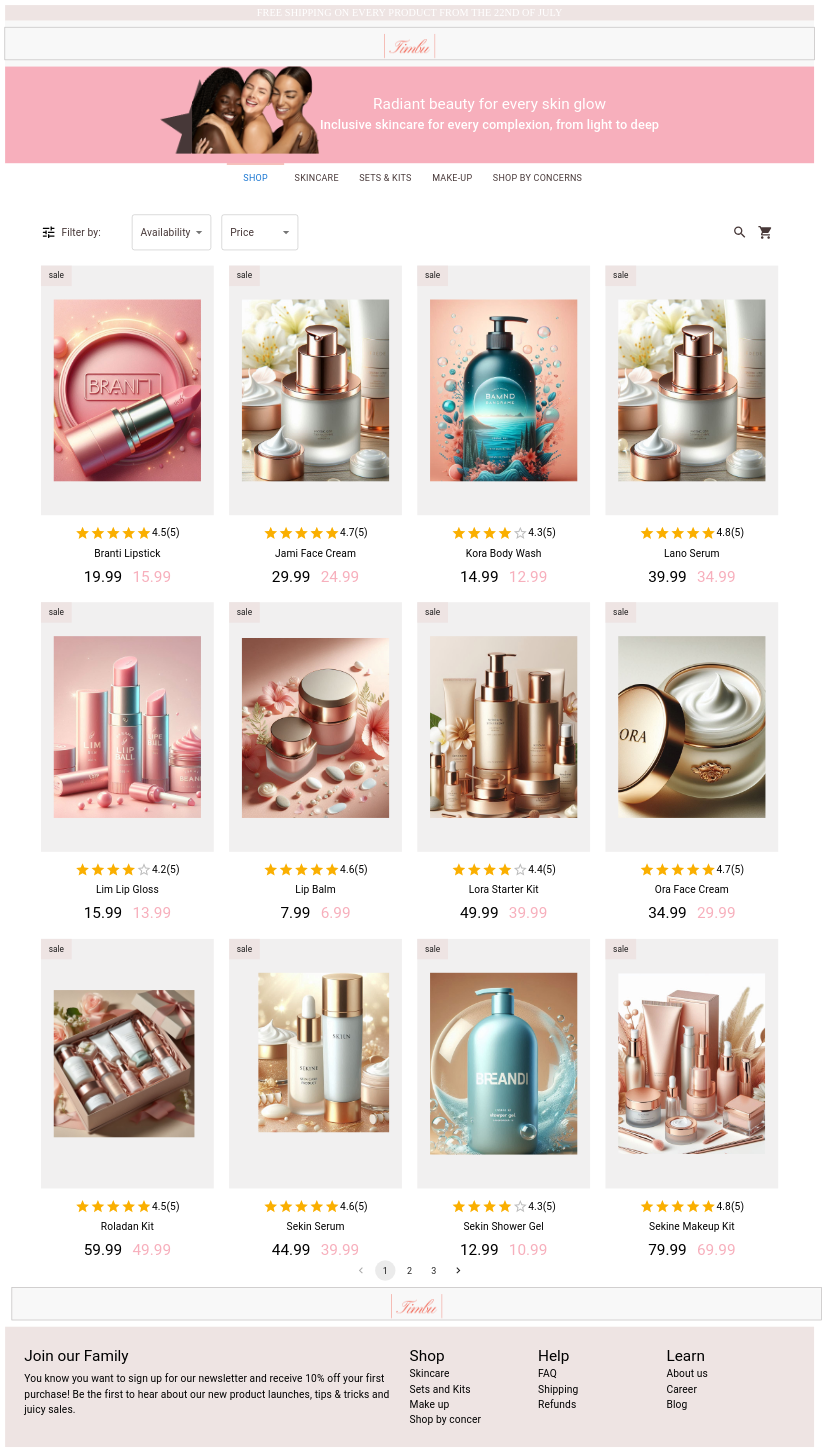
Repository: Armstrong2035/hng-project-two
Page: / (app in timbu-store/)
These files come from the project's save history. The page is drawn as it stood at one moment and after a run of saves; the edit follows.
The browser window is 1280 px wide. The page is 1284 px wide, so the pictures cover 1284 px, including what lies to the right of the window. The pictures show the whole page, at 64% of full size.
The project was rebuilt for these pictures with package versions that can differ from the ones it lists, and the page was loaded fresh each time. The framework's server and built-in components were replaced by stand-ins that run in the browser. Also part of the build but not shown: timbu-store/next.config.mjs, timbu-store/src/app/fonts.css.

Above is the page before, as saved 2024-07-10 01:10:03.

After the next 2 saves:
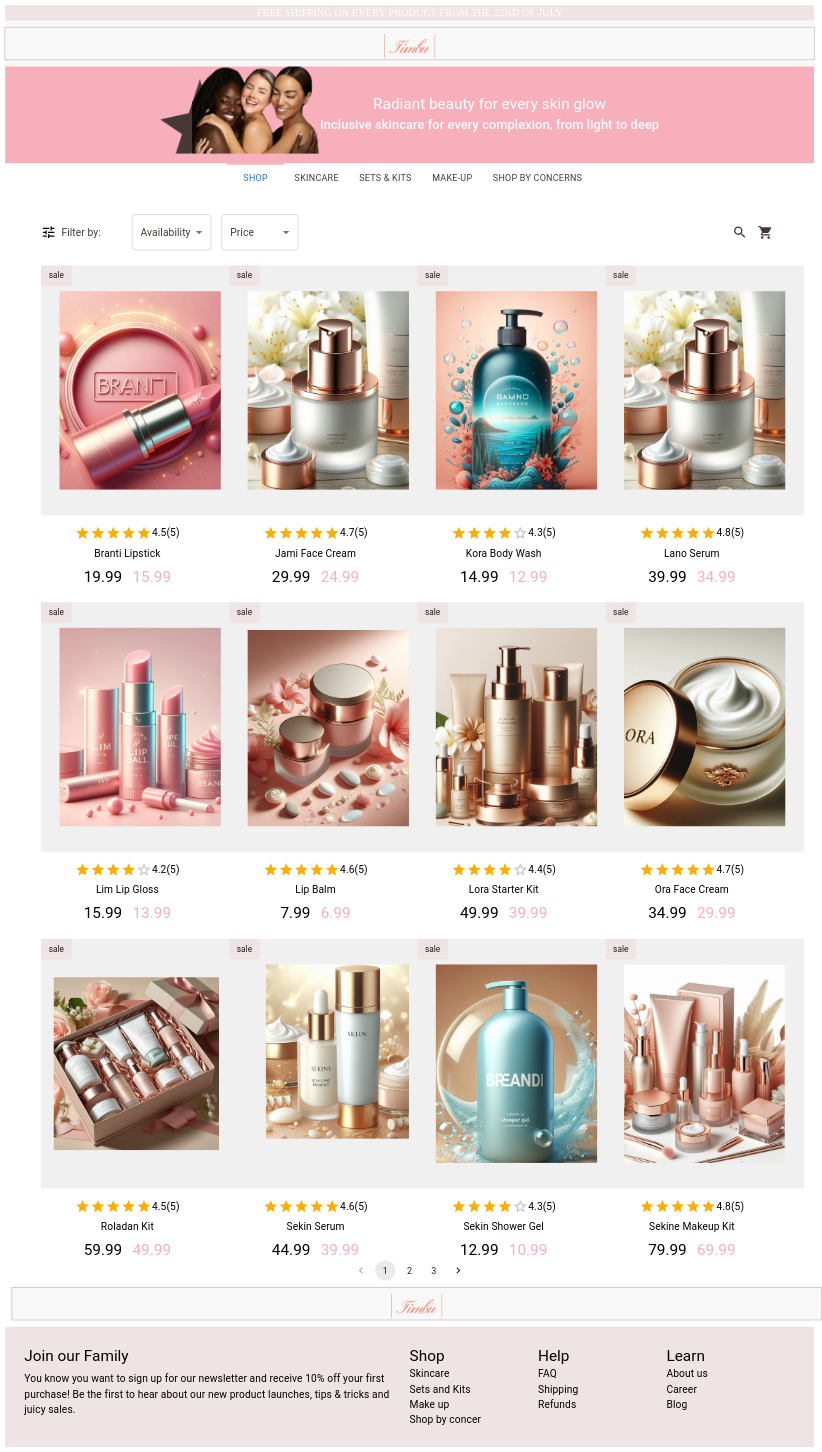
The 2 saves are shown as one change because they came seconds apart.
The last was saved 28 s later.
--- a/timbu-store/components/Products/ProductList.js
+++ b/timbu-store/components/Products/ProductList.js
@@ -72,6 +72,7 @@
                           },
 
                           height: "18.125rem",
+                          width: "100%",
                           padding: "50px 20px",
                         }}
                         elevation={"none"}

After the save that followed:
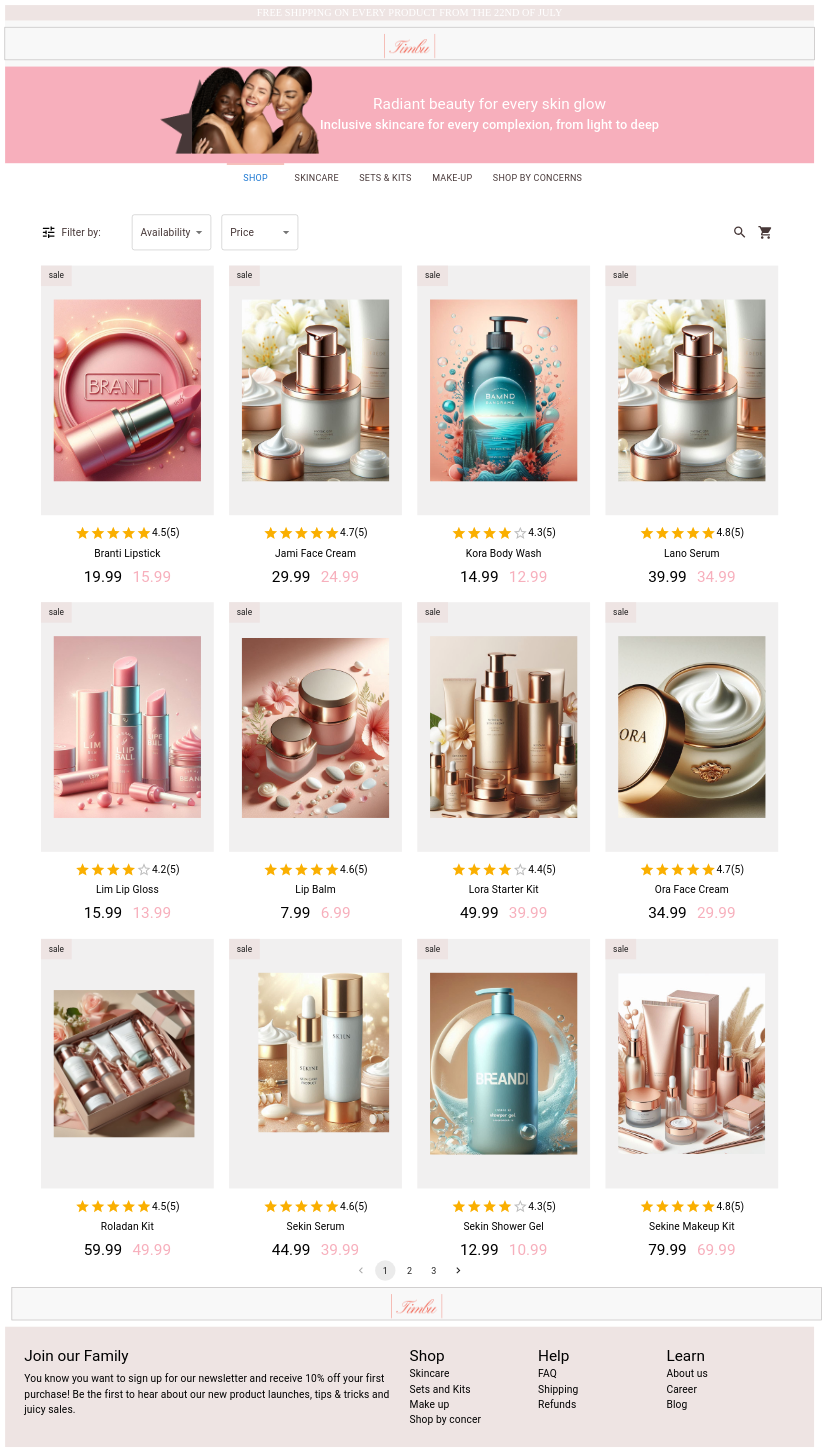
Saved 7 min 31 s later.
--- a/timbu-store/components/Products/ProductList.js
+++ b/timbu-store/components/Products/ProductList.js
@@ -72,7 +72,7 @@
                           },
 
                           height: "18.125rem",
-                          width: "100%",
+
                           padding: "50px 20px",
                         }}
                         elevation={"none"}
